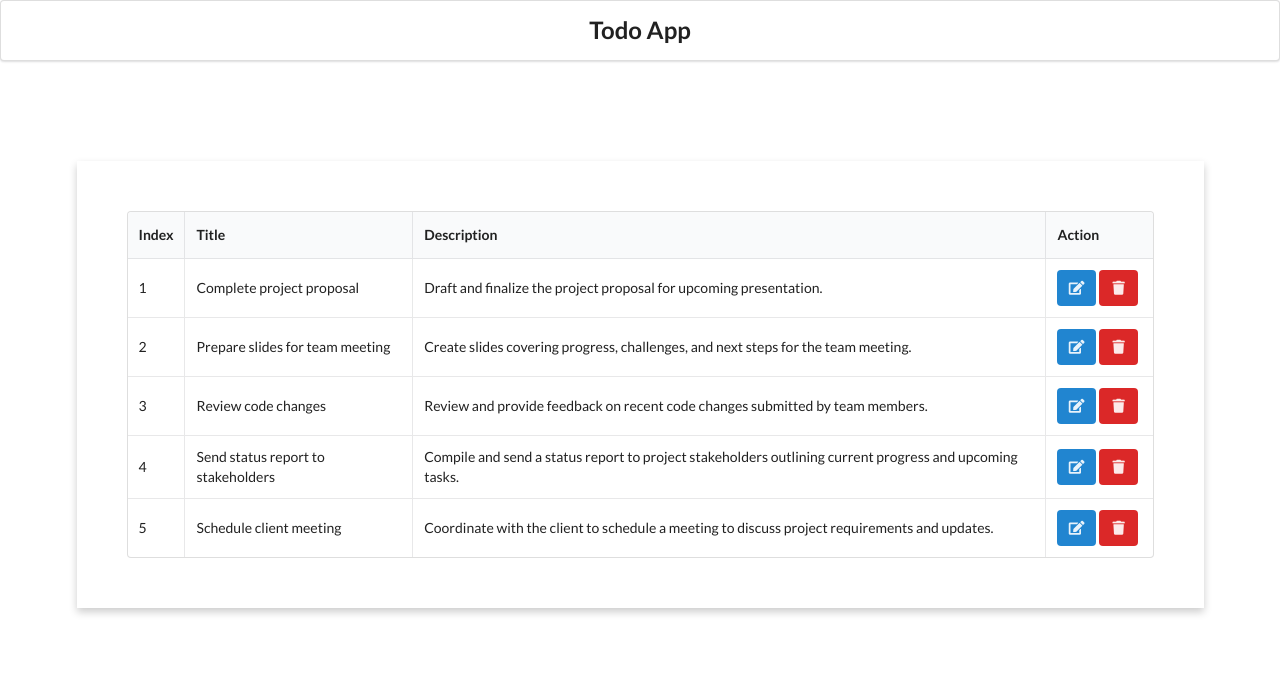
Repository: Wahid137/todo-app
Page: /
The author's editor kept a copy of each file at every save. The page is drawn from the files as they stood at one save, then again after the next save.
The browser window is 1280 px wide. The pictures show the whole page.
The project was rebuilt for these pictures with package versions that can differ from the ones it lists, and the page was loaded fresh each time. Also part of the build but not shown: src/App.css, src/index.css.

Above is the page before, as saved 2024-05-03 10:31:39.

After the next save:
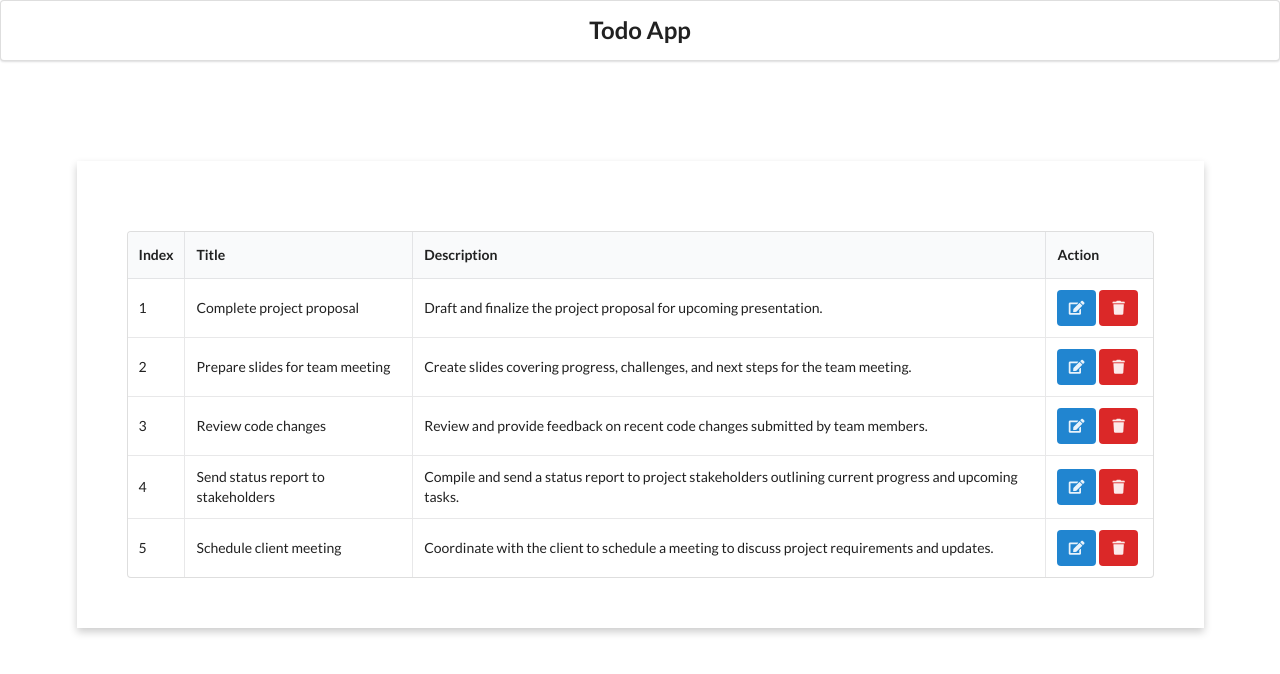
Saved 36 s later.
--- a/src/components/TodoListPage.js
+++ b/src/components/TodoListPage.js
@@ -42,7 +42,7 @@
                         style={{ position: 'absolute', top: '-70px', left: 0, right: 0, width: '100%', marginBottom: '20px' }}
                     />
                 }
-                <div>
+                <div style={{ marginTop: '20px' }}>
                     <Table celled>
                         <Table.Header>
                             <Table.Row>

After the save that followed:
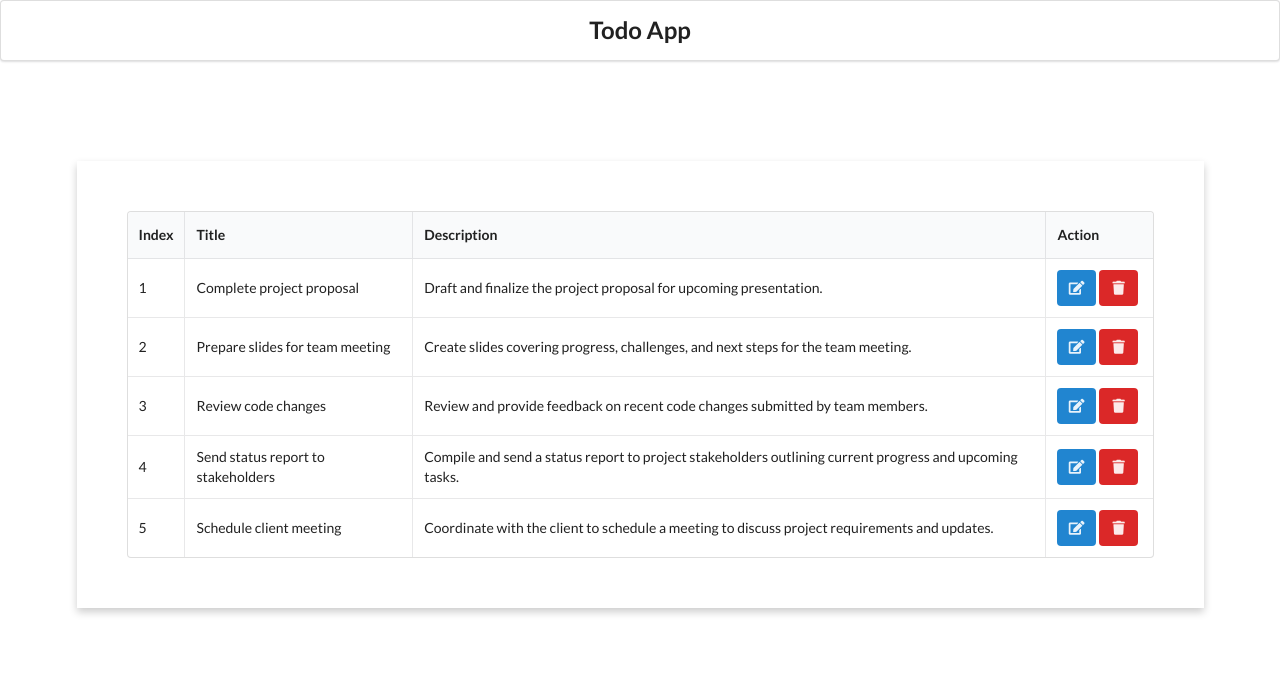
Saved 17 s later.
--- a/src/components/TodoListPage.js
+++ b/src/components/TodoListPage.js
@@ -42,7 +42,7 @@
                         style={{ position: 'absolute', top: '-70px', left: 0, right: 0, width: '100%', marginBottom: '20px' }}
                     />
                 }
-                <div style={{ marginTop: '20px' }}>
+                <div>
                     <Table celled>
                         <Table.Header>
                             <Table.Row>
